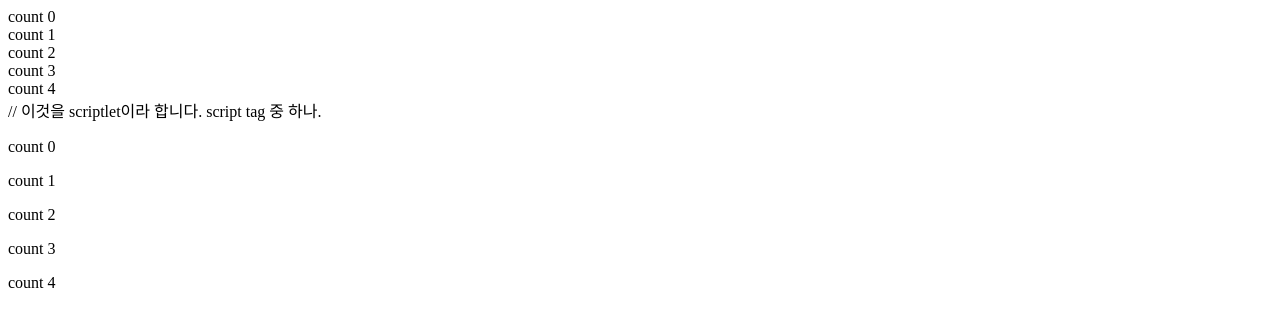
Repository: Sanetuk/jspprojects
Page: http://localhost/myweb/scripttest.jsp
The author's editor kept a copy of each file at every save. The page is drawn from the files as they stood at one save, then again after the next save.
The browser window is 1280 px wide. The pictures show the whole page.
The page is served by Tomcat 9. Other server files are loaded and not shown.

Above is the page before, as saved 2024-08-06 06:27:01.

### myweb/src/main/webapp/scripttest.jsp
<%@ page language="java" contentType="text/html; charset=UTF-8"
    pageEncoding="UTF-8"%>
<!DOCTYPE html>
<html>
<head>
<meta charset="UTF-8">
<title>Insert title here</title>
</head>
<body>
	<%
		for(int i=0;i<5;i++) {
			out.println("count " + i + "<br>");
		}
	%>

	// 이것을 scriptlet이라 합니다. script tag 중 하나.
	<%
		for(int i=0;i<5;i++) {
			out.println("<p>count " + i + "</p>");
		}
	%>

</body>
</html>

After the next save:
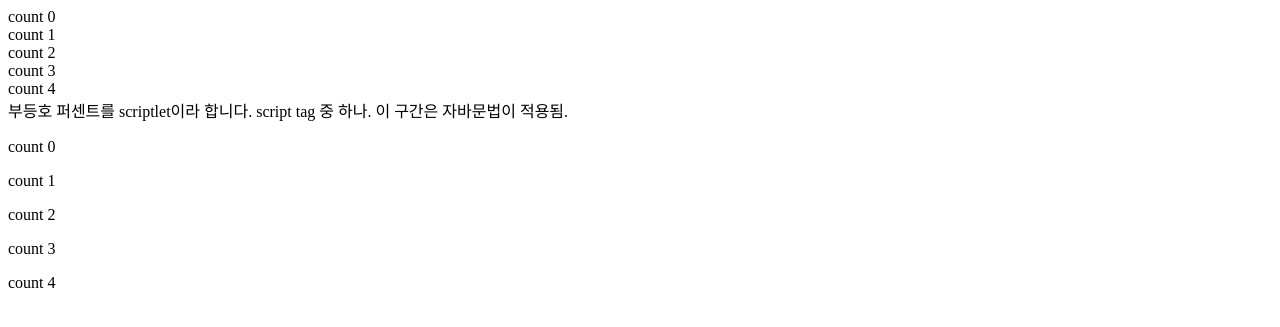
Saved 69 s later.
--- a/myweb/src/main/webapp/scripttest.jsp
+++ b/myweb/src/main/webapp/scripttest.jsp
@@ -13,7 +13,7 @@
 		}
 	%>
 
-	// 이것을 scriptlet이라 합니다. script tag 중 하나.
+	부등호 퍼센트를 scriptlet이라 합니다. script tag 중 하나. 이 구간은 자바문법이 적용됨.
 	<%
 		for(int i=0;i<5;i++) {
 			out.println("<p>count " + i + "</p>");
